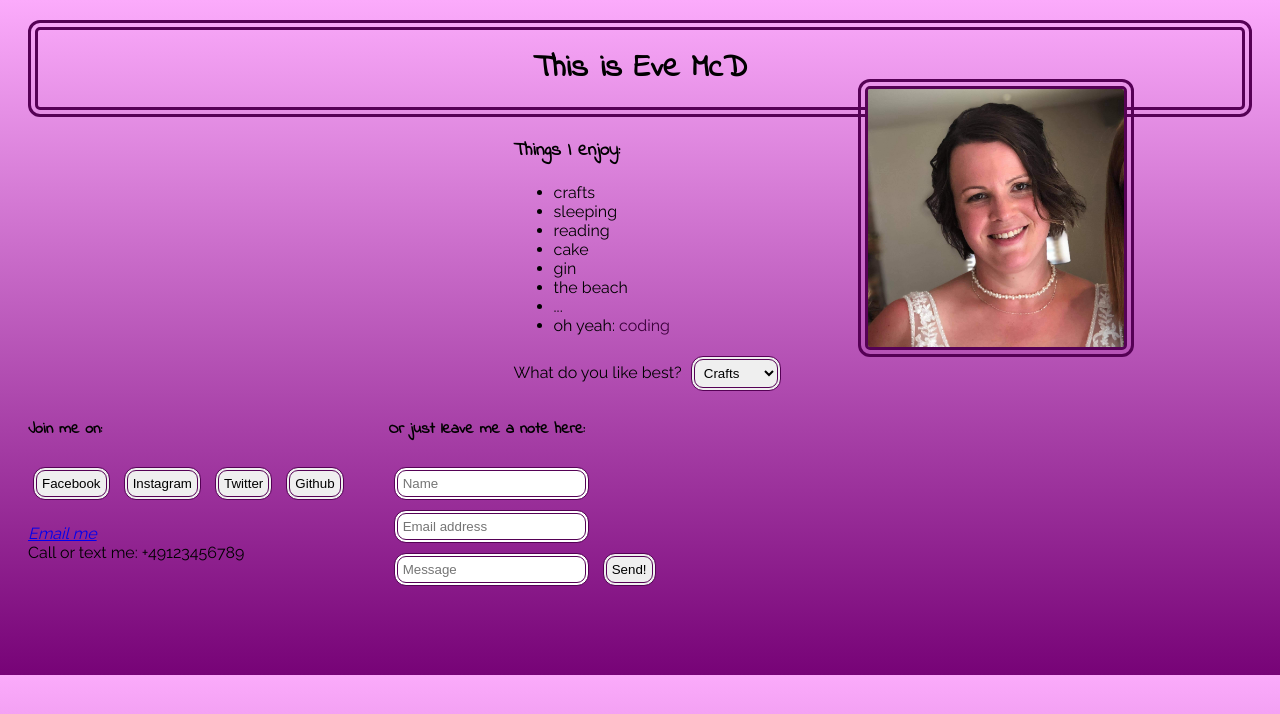
Repository: evemcd/Strive-Ignite-W1
Page: index.html
The author's editor kept a copy of each file at every save. The page is drawn from the files as they stood at one save, then again after the next save.
The browser window is 1280 px wide. The pictures show the whole page.

Above is the page before, as saved 2021-01-17 22:44:04.

### index.html
<!DOCTYPE html>
<html>

<head>
    <title>Eve McDermott</title>
    <link rel="stylesheet" href="styles.css" />
    <link rel="preconnect" href="https://fonts.gstatic.com">
    <link rel="preconnect" href="https://fonts.gstatic.com">
    <link href="https://fonts.googleapis.com/css2?family=Indie+Flower&family=Raleway&display=swap" rel="stylesheet">
    <meta name="viewport" content="width=device-width, initial-scale=1.0">
</head>

<body>
    <div id="header">
        <div class="header-title">
            <h1>This is Eve McD</h1>
        </div>
                    <img src="Eve.jpg" class="header-image" alt="photo of Eve McD" />
        </div>
    <div class="hobbies">
        <h3>Things I enjoy:</h3>
        <ul>
            <li>crafts</li>
            <li>sleeping</li>
            <li>reading</li>
            <li>cake</li>
            <li>gin</li>
            <li>the beach</li>
            <li>...</li>
            <li>oh yeah: <span style="color: rgb(59, 0, 59);">coding</span></li>
        </ul>
    </div>

    <div class="hobbies">
        <label for="hobbies">What do you like best?</label>
        <select name="hobbies" id="hobbies" class="socialbutton">
            <option value="crafts">Crafts</option>
            <option value="sleeping">Sleeping</option>
            <option value="reading">Reading</option>
            <option value="cake">Cake</option>
            <option value="gin">Gin</option>
            <option value="beach">Beach</option>
            <option value="coding">Coding</option>
        </select>
    </div>
    <div class="container">
        <div class="div1">
            <h4>Join me on:</h4>
            <input type="button" href="www.facebook.com" value="Facebook" class="socialbutton" />
            <input type="button" href="www.instagram.com" value="Instagram" class="socialbutton" />
            <input type="button" href="www.twitter.com" value="Twitter" class="socialbutton" />
            <input type="button" href="www.github.com" value="Github" class="socialbutton" />
            <br><br>
            <address>
                <a href="mailto:eve@mcdermott.com">Email me </a>
            </address>
            Call or text me: +49123456789
            </p>
        </div>
        <div class="div1">
            <form>
                <h4>Or just leave me a note here:</h4>
                <input type="text" placeholder="Name" class="socialbutton" /><br>
                <input type="email" placeholder="Email address" class="socialbutton" /><br>
                <input type="text" placeholder="Message" class="socialbutton" />
                <input type="button" value="Send!" class="socialbutton" />
            </form>
        </div>
    </div>
    </div>
    <br><br><br><br>

</body>

</html>

### styles.css
body {
    background: rgb(251, 171, 251);
    background: linear-gradient(180deg, rgba(251, 171, 251, 1) 0%, rgba(119, 3, 119, 1) 100%);
    font-family: Raleway;
}

.div1 {
    display: inline-block;
    /* width: 40%; */
    vertical-align: top;
    margin: 0px 20px 0px 20px;
}

.container {
    display: flex;
    flex-flow: column wrap;
    flex-direction: row;
    justify-content: flex-start;
}

h1 {
    padding: 15px;
    margin: 20px;
    border: 10px double rgb(85, 1, 85);
    border-radius: 12px;
    text-align: center;
}

h1,
h2,
h3,
h4,
h5,
h6 {
    font-family: Indie Flower;
}

.textcenter {
    text-align: center;
}

.center {
    display: block;
    margin-left: auto;
    margin-right: auto;
    width: 20%;
    border: 10px double rgb(85, 1, 85);
    border-radius: 12px;
}

/* #header {
    width: 100%;
    height: 30vh;
    position: relative;
    background-color: red;
} */

/* .box1 {
    width: 100px;
    height: 100px;
    background-color: green;
    position: absolute;
    top: 10px;
    left: 10px;
    z-index: 2;
} */

.header-image {
    width: 20%;
    position: absolute;
    top: 11%;
    left: 67%;
    border: 10px double rgb(85, 1, 85);
    border-radius: 12px;
}

.socialbutton {
    border: 4px double rgb(85, 1, 85);
    border-radius: 12px;
    padding: 5px;
    margin: 5px;
}

.hobbies {
    margin-left: 40%;
}

@media screen and (max-width: 992px) {
    .div1 {
        display: inline-block;
        width: 100%;
        vertical-align: top;
    }

    .hobbies {
        margin-left: 10%;
    }
}

After the next save:
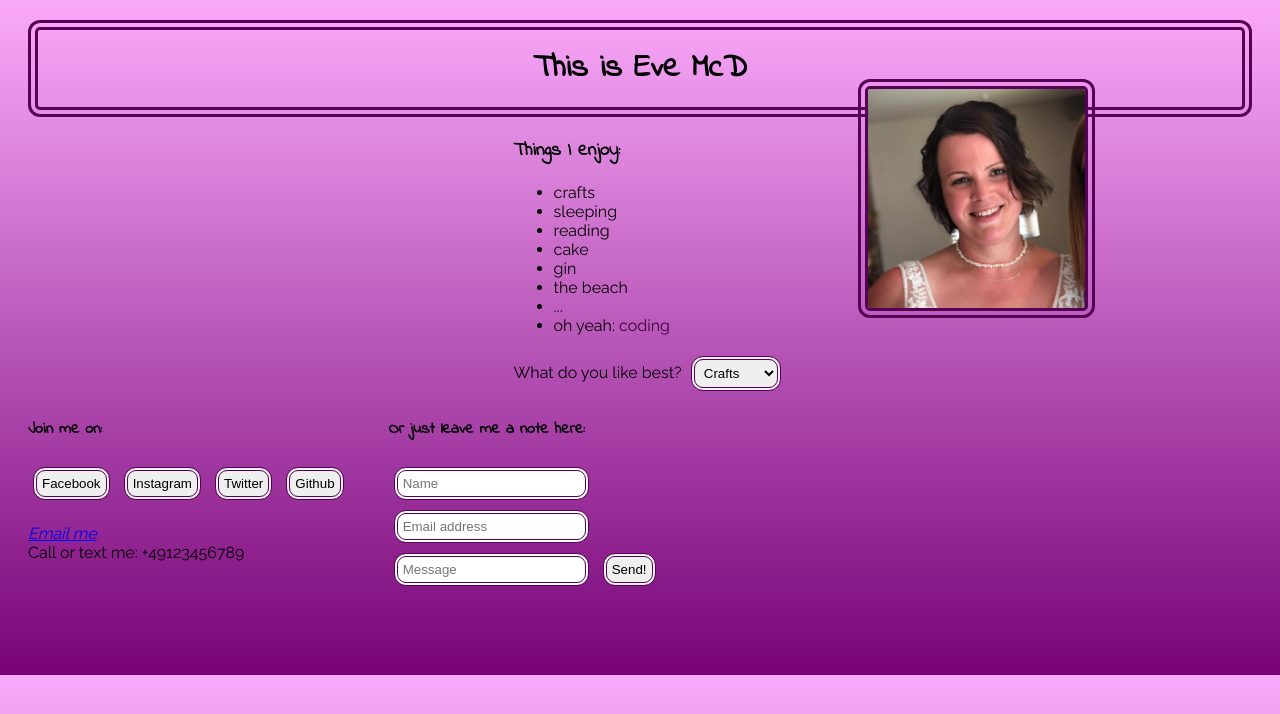
Saved 16 s later.
--- a/styles.css
+++ b/styles.css
@@ -66,7 +66,7 @@ h6 {
 } */
 
 .header-image {
-    width: 20%;
+    width: 17%;
     position: absolute;
     top: 11%;
     left: 67%;
